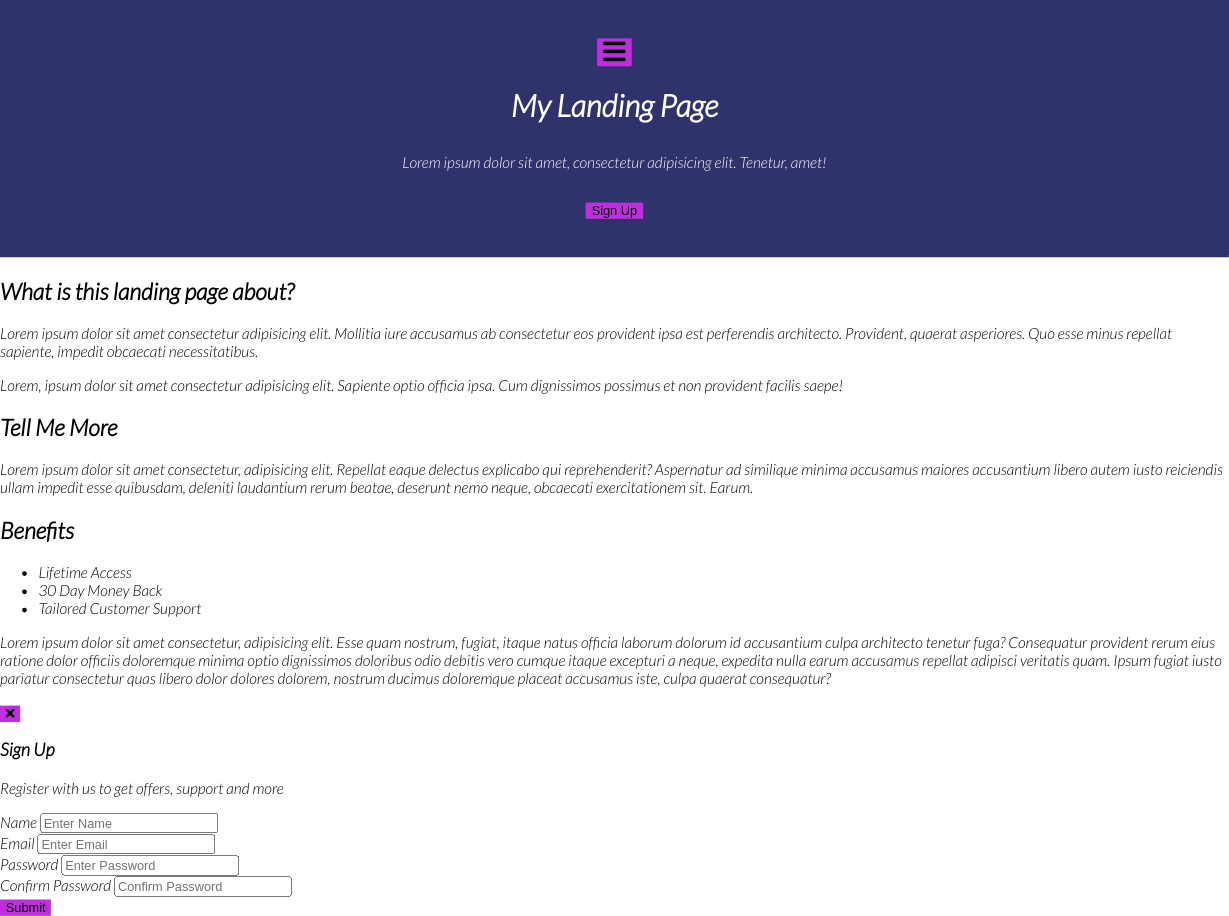
Repository: CAMPSLOPY/MenuSliderWithLandingPage
Page: index.html
The author's editor kept a copy of each file at every save. The page is drawn from the files as they stood at one save, then again after a run of saves.
The browser window is 1280 px wide. The pictures show the whole page, at 96% of full size.
Some web libraries are served in a nearby version.

Above is the page before, as saved 2021-01-21 14:48:31.

After the next 3 saves:
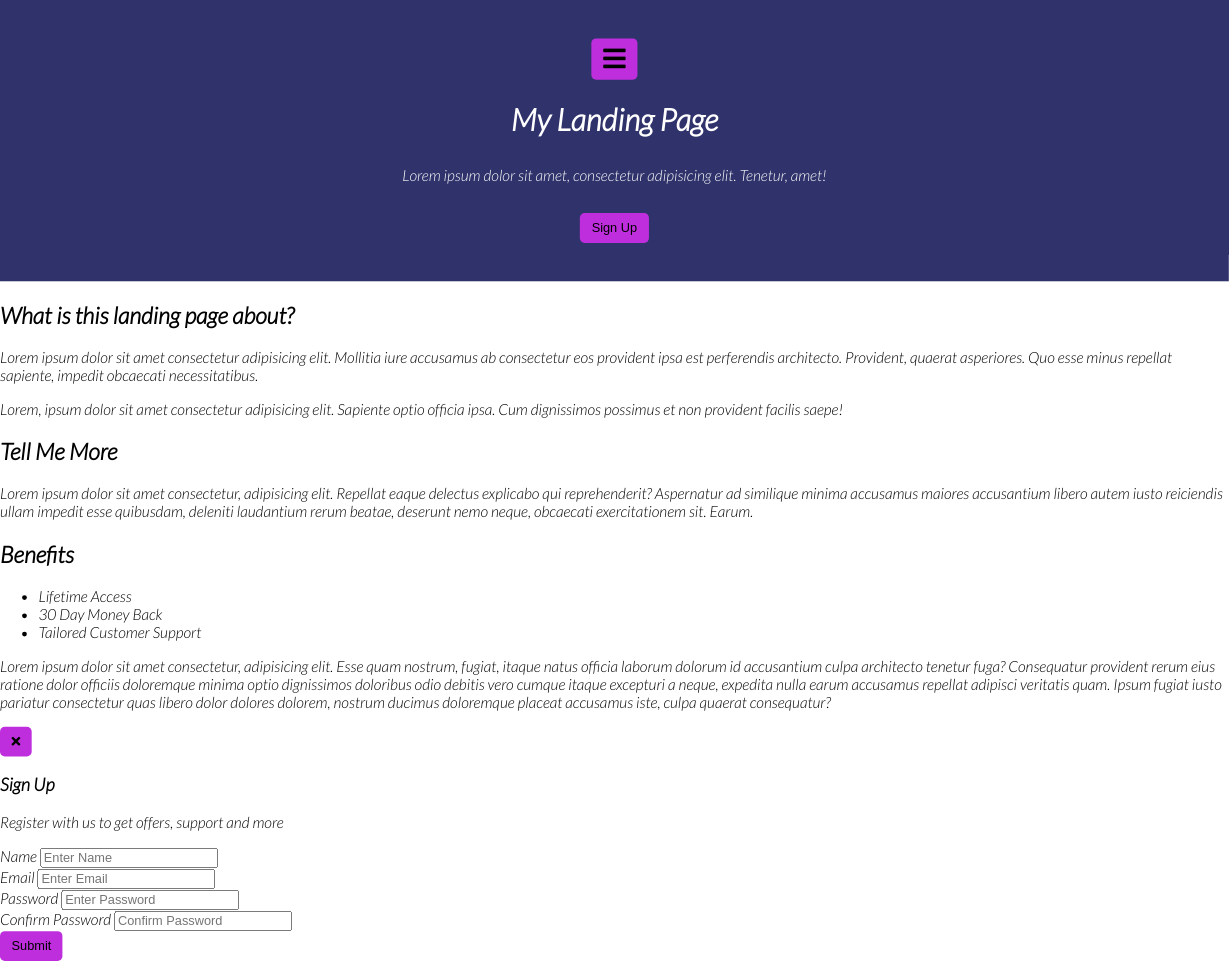
The 3 saves are shown as one change because they came seconds apart.
The last was saved 9 s later.
--- a/styles.css
+++ b/styles.css
@@ -78,5 +78,7 @@ button,
 input[type="submit"] {
   background-color: var(--secondary-color);
   border: 0;
-  border-radius: 5p;
+  border-radius: 5px;
+  padding: 8px 12px;
+
 }
